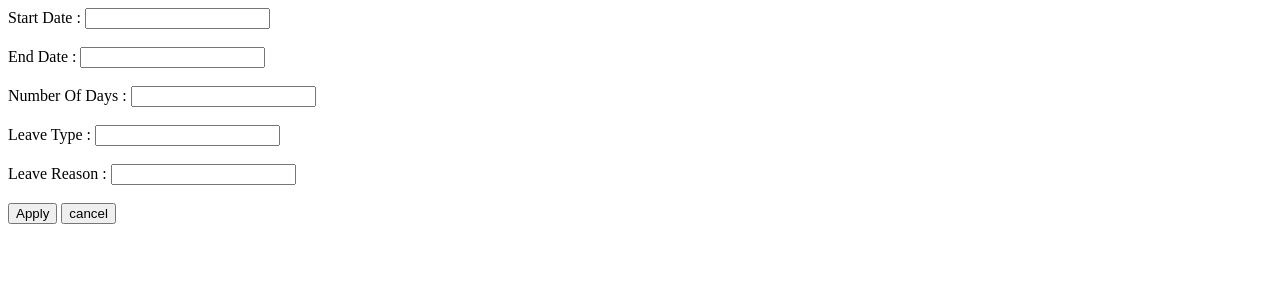
Repository: vinodkumarr269/mode1
Page: day14/EMS/WebContent/ApplyLeave.html
An editor plug-in stored every save of this project. The page is shown before and after the next save, followed by the edit.
The browser window is 1280 px wide. The pictures show the whole page.

Above is the page before, as saved 2019-08-28 09:15:27.

After the next save:
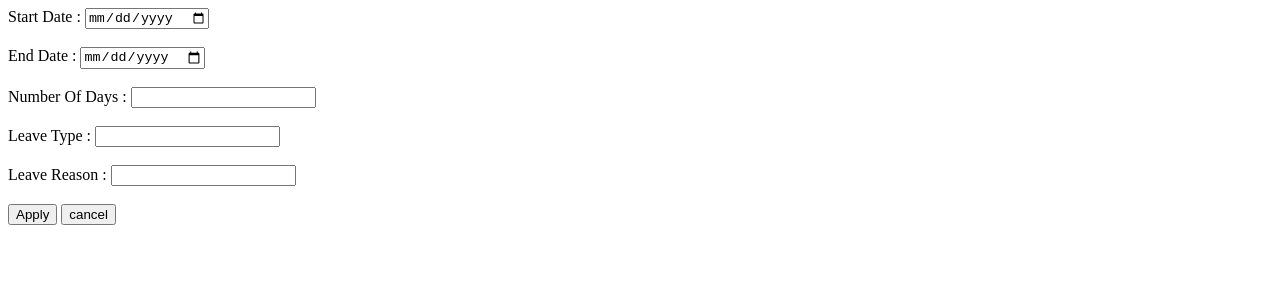
Saved 2 min 14 s later.
--- a/day14/EMS/WebContent/ApplyLeave.html
+++ b/day14/EMS/WebContent/ApplyLeave.html
@@ -7,11 +7,11 @@
 <body>
 <form  method="get" action="LeaveServlet">
 Start Date :
-<input type="text" name="startDate" /><br/><br/>
+<input type="date" name="leaveStartDate" /><br/><br/>
 End Date :
-<input type="text" name="endDate" /><br/><br/>
+<input type="date" name="leaveEndDate" /><br/><br/>
 Number Of Days :
-<input type="text" name="numderOfDays" /><br/><br/>
+<input type="text" name=noOfDays /><br/><br/>
 Leave Type :
 <input type="text" name="leaveType" /> <br/><br/>
 Leave Reason :
